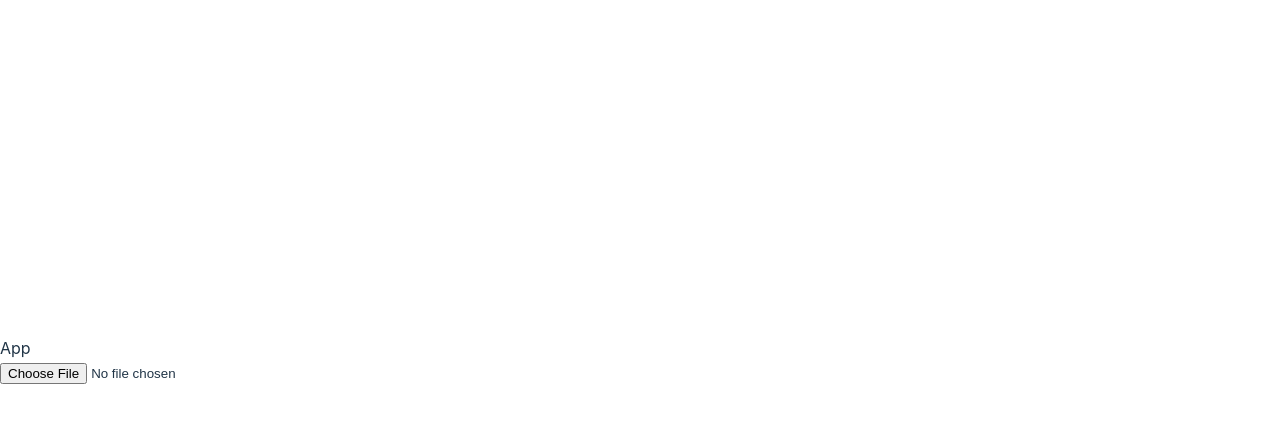
Repository: hungdomanh95/scanQRCode
Page: /
These files come from the project's save history. The page is drawn as it stood at one moment and after the next save; the edit follows.
The browser window is 1280 px wide. The pictures show the whole page.
The project was rebuilt for these pictures with package versions that can differ from the ones it lists, and the page was loaded fresh each time. Also part of the build but not shown: vite.config.ts.

Above is the page before, as saved 2023-07-13 10:21:20.

### src/App.tsx
import React from 'react'
import ReactQRReader from './ReactQRReader';

type AppProps = {};

const App:React.FC<AppProps> = () => {
  return (
    <div className='container'>
      App
      <ReactQRReader/>
    </div>
  )
}

export default App

### src/ReactQRReader.tsx
import React, { ChangeEvent, useEffect, useRef, useState } from 'react';
import jsQR, { QRCode } from 'jsqr';

interface QRCodeScannerProps {}

const QRCodeScanner: React.FC<QRCodeScannerProps> = () => {
  const canvasRef = useRef<HTMLCanvasElement | null>(null);
  const [imageSrc, setImageSrc] = useState<string | null>(null);
  const [qrCodeData, setQRCodeData] = useState<string | null>(null);

  const handleImageUpload = (event: ChangeEvent<HTMLInputElement>) => {
    console.log('handleImageUpload: ');
    const file = event.target.files?.[0];
    if (file) {
      const reader = new FileReader();
      reader.onload = () => {
        setImageSrc(reader.result as string);
        setQRCodeData(null);
      };
      reader.readAsDataURL(file);
    }
  };

  useEffect(() => {
    const canvas = canvasRef.current;
    const ctx = canvas?.getContext('2d');

    if (!canvas || !ctx || !imageSrc) return;

    const image = new Image();
    image.src = imageSrc;

    image.onload = () => {
      const { width, height } = image;

      canvas.width = width;
      canvas.height = height;
      ctx.drawImage(image, 0, 0);

      const imageData = ctx.getImageData(0, 0, width, height).data;
      console.log('imageData: ', imageData, width, height);
      const code: QRCode | null = jsQR(imageData, width, height);
      console.log('code: ', code);

      if (code) {
        const { topLeftCorner, topRightCorner, bottomLeftCorner, bottomRightCorner } = code.location;
        const topLeft = { x: topLeftCorner.x, y: topLeftCorner.y };
        const topRight = { x: topRightCorner.x, y: topRightCorner.y };
        const bottomLeft = { x: bottomLeftCorner.x, y: bottomLeftCorner.y };
        const bottomRight = { x: bottomRightCorner.x, y: bottomRightCorner.y };

        ctx.lineWidth = 5;
        ctx.strokeStyle = 'red';

        // Vẽ khung vuông xung quanh khu vực QR code
        ctx.beginPath();
        ctx.moveTo(topLeft.x, topLeft.y);
        ctx.lineTo(topRight.x, topRight.y);
        ctx.lineTo(bottomRight.x, bottomRight.y);
        ctx.lineTo(bottomLeft.x, bottomLeft.y);
        ctx.lineTo(topLeft.x, topLeft.y);
        ctx.stroke();

        setQRCodeData(code.data);
      }else {
        console.log('Không tìm thấy mã QR code trong hình ảnh.');
      }
    };
  }, [imageSrc]);

  return (
    <div>
      <input type="file" accept="image/*" onChange={handleImageUpload} />
      {imageSrc && (
        <div>
          <canvas ref={canvasRef}></canvas>
          {qrCodeData && <p>Mã QR code đã được phát hiện: {qrCodeData}</p>}
        </div>
      )}
    </div>
  );
};

export default QRCodeScanner;

Loaded but not shown: index.html (common file); src/main.tsx (common file); src/index.css (common file)

After the next save:
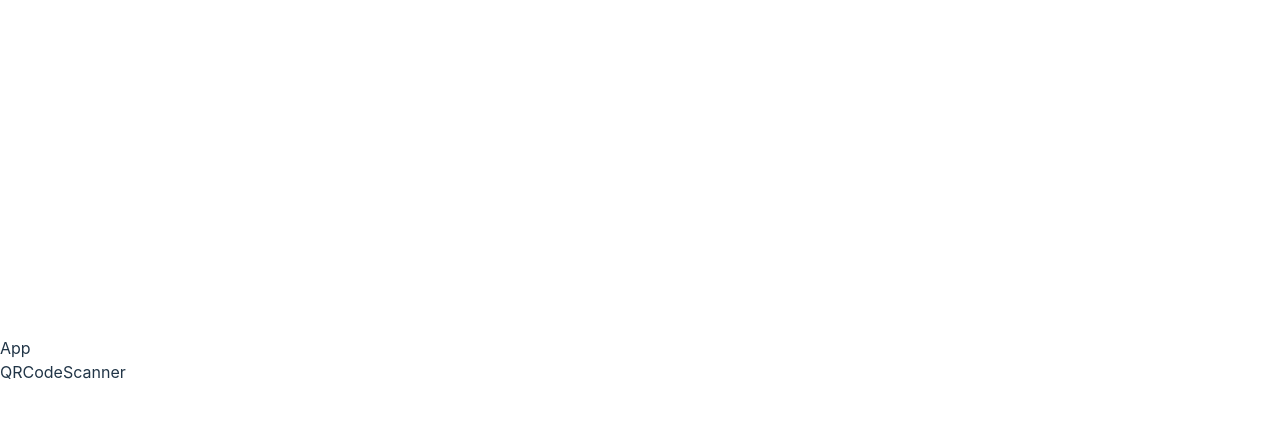
Saved 40 min 14 s later.
--- a/src/ReactQRReader.tsx
+++ b/src/ReactQRReader.tsx
@@ -1,84 +1,99 @@
-import React, { ChangeEvent, useEffect, useRef, useState } from 'react';
-import jsQR, { QRCode } from 'jsqr';
+// import React, { ChangeEvent, useEffect, useRef, useState } from 'react';
+// import jsQR, { QRCode } from 'jsqr';
 
-interface QRCodeScannerProps {}
+// interface QRCodeScannerProps {}
 
-const QRCodeScanner: React.FC<QRCodeScannerProps> = () => {
-  const canvasRef = useRef<HTMLCanvasElement | null>(null);
-  const [imageSrc, setImageSrc] = useState<string | null>(null);
-  const [qrCodeData, setQRCodeData] = useState<string | null>(null);
+// const QRCodeScanner: React.FC<QRCodeScannerProps> = () => {
+//   const canvasRef = useRef<HTMLCanvasElement | null>(null);
+//   const [imageSrc, setImageSrc] = useState<string | null>(null);
+//   const [qrCodeData, setQRCodeData] = useState<string | null>(null);
 
-  const handleImageUpload = (event: ChangeEvent<HTMLInputElement>) => {
-    console.log('handleImageUpload: ');
-    const file = event.target.files?.[0];
-    if (file) {
-      const reader = new FileReader();
-      reader.onload = () => {
-        setImageSrc(reader.result as string);
-        setQRCodeData(null);
-      };
-      reader.readAsDataURL(file);
-    }
-  };
+//   const handleImageUpload = (event: ChangeEvent<HTMLInputElement>) => {
+//     console.log('handleImageUpload: ');
+//     const file = event.target.files?.[0];
+//     if (file) {
+//       const reader = new FileReader();
+//       reader.onload = () => {
+//         setImageSrc(reader.result as string);
+//         setQRCodeData(null);
+//       };
+//       reader.readAsDataURL(file);
+//     }
+//   };
 
-  useEffect(() => {
-    const canvas = canvasRef.current;
-    const ctx = canvas?.getContext('2d');
+//   useEffect(() => {
+//     const canvas = canvasRef.current;
+//     const ctx = canvas?.getContext('2d');
 
-    if (!canvas || !ctx || !imageSrc) return;
+//     if (!canvas || !ctx || !imageSrc) return;
 
-    const image = new Image();
-    image.src = imageSrc;
+//     const image = new Image();
+//     image.src = imageSrc;
 
-    image.onload = () => {
-      const { width, height } = image;
+//     image.onload = () => {
+//       const { width, height } = image;
 
-      canvas.width = width;
-      canvas.height = height;
-      ctx.drawImage(image, 0, 0);
+//       canvas.width = width;
+//       canvas.height = height;
+//       ctx.drawImage(image, 0, 0);
 
-      const imageData = ctx.getImageData(0, 0, width, height).data;
-      console.log('imageData: ', imageData, width, height);
-      const code: QRCode | null = jsQR(imageData, width, height);
-      console.log('code: ', code);
+//       const imageData = ctx.getImageData(0, 0, width, height).data;
+//       console.log('imageData: ', imageData, width, height);
+//       const code: QRCode | null = jsQR(imageData, width, height);
+//       console.log('code: ', code);
 
-      if (code) {
-        const { topLeftCorner, topRightCorner, bottomLeftCorner, bottomRightCorner } = code.location;
-        const topLeft = { x: topLeftCorner.x, y: topLeftCorner.y };
-        const topRight = { x: topRightCorner.x, y: topRightCorner.y };
-        const bottomLeft = { x: bottomLeftCorner.x, y: bottomLeftCorner.y };
-        const bottomRight = { x: bottomRightCorner.x, y: bottomRightCorner.y };
+//       if (code) {
+//         const { topLeftCorner, topRightCorner, bottomLeftCorner, bottomRightCorner } = code.location;
+//         const topLeft = { x: topLeftCorner.x, y: topLeftCorner.y };
+//         const topRight = { x: topRightCorner.x, y: topRightCorner.y };
+//         const bottomLeft = { x: bottomLeftCorner.x, y: bottomLeftCorner.y };
+//         const bottomRight = { x: bottomRightCorner.x, y: bottomRightCorner.y };
 
-        ctx.lineWidth = 5;
-        ctx.strokeStyle = 'red';
+//         ctx.lineWidth = 5;
+//         ctx.strokeStyle = 'red';
 
-        // Vẽ khung vuông xung quanh khu vực QR code
-        ctx.beginPath();
-        ctx.moveTo(topLeft.x, topLeft.y);
-        ctx.lineTo(topRight.x, topRight.y);
-        ctx.lineTo(bottomRight.x, bottomRight.y);
-        ctx.lineTo(bottomLeft.x, bottomLeft.y);
-        ctx.lineTo(topLeft.x, topLeft.y);
-        ctx.stroke();
+//         // Vẽ khung vuông xung quanh khu vực QR code
+//         ctx.beginPath();
+//         ctx.moveTo(topLeft.x, topLeft.y);
+//         ctx.lineTo(topRight.x, topRight.y);
+//         ctx.lineTo(bottomRight.x, bottomRight.y);
+//         ctx.lineTo(bottomLeft.x, bottomLeft.y);
+//         ctx.lineTo(topLeft.x, topLeft.y);
+//         ctx.stroke();
 
-        setQRCodeData(code.data);
-      }else {
-        console.log('Không tìm thấy mã QR code trong hình ảnh.');
-      }
-    };
-  }, [imageSrc]);
+//         setQRCodeData(code.data);
+//       }else {
+//         console.log('Không tìm thấy mã QR code trong hình ảnh.');
+//       }
+//     };
+//   }, [imageSrc]);
 
+//   return (
+//     <div>
+//       <input type="file" accept="image/*" onChange={handleImageUpload} />
+//       {imageSrc && (
+//         <div>
+//           <canvas ref={canvasRef}></canvas>
+//           {qrCodeData && <p>Mã QR code đã được phát hiện: {qrCodeData}</p>}
+//         </div>
+//       )}
+//     </div>
+//   );
+// };
+
+// export default QRCodeScanner;
+
+
+import React from 'react'
+
+type QRCodeScannerProps = {};
+
+const QRCodeScanner:React.FC<QRCodeScannerProps> = () => {
   return (
-    <div>
-      <input type="file" accept="image/*" onChange={handleImageUpload} />
-      {imageSrc && (
-        <div>
-          <canvas ref={canvasRef}></canvas>
-          {qrCodeData && <p>Mã QR code đã được phát hiện: {qrCodeData}</p>}
-        </div>
-      )}
+    <div className='container'>
+      QRCodeScanner
     </div>
-  );
-};
+  )
+}
 
-export default QRCodeScanner;
+export default QRCodeScanner

After the 4 saves that followed:
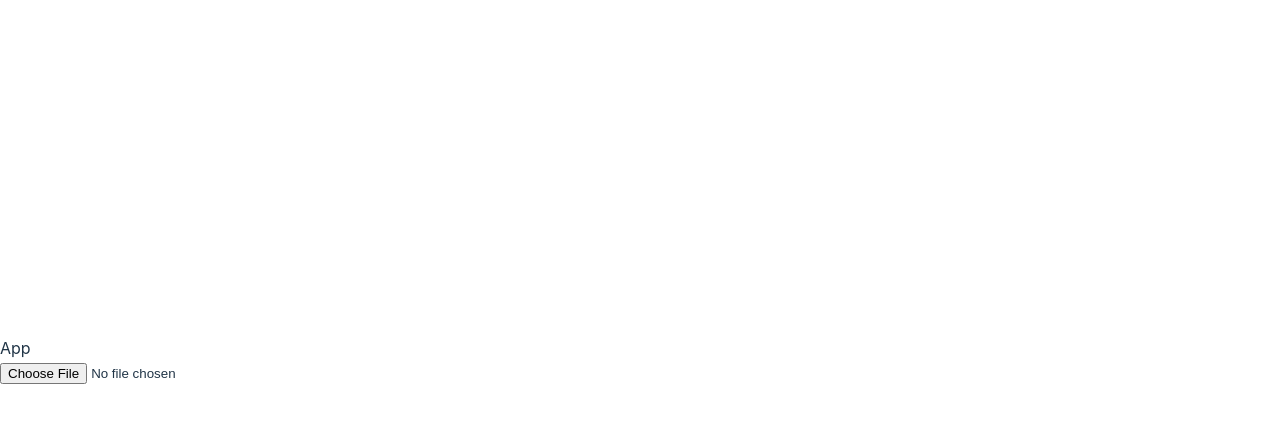
The 4 saves are shown as one change because 3 left the picture as it was.
The last was saved 2 min 57 s later.
--- a/src/ReactQRReader.tsx
+++ b/src/ReactQRReader.tsx
@@ -84,14 +84,38 @@
 // export default QRCodeScanner;
 
 
-import React from 'react'
+import React, { ChangeEvent, useRef, useState } from 'react'
+// const QrScanner = require('qr-scanner');
+import QrScanner from './qrcode/qr-scanner.js'
 
 type QRCodeScannerProps = {};
 
 const QRCodeScanner:React.FC<QRCodeScannerProps> = () => {
+    const canvasRef = useRef<HTMLCanvasElement | null>(null);
+  const [imageSrc, setImageSrc] = useState<string | null>(null);
+  const [qrCodeData, setQRCodeData] = useState<string | null>(null);
+
+  const handleImageUpload = (event: ChangeEvent<HTMLInputElement>) => {
+    console.log('handleImageUpload: ');
+    const file = event.target.files?.[0];
+    if (file) {
+      const reader = new FileReader();
+      reader.onload = () => {
+        setImageSrc(reader.result as string);
+        setQRCodeData(null);
+      };
+      reader.readAsDataURL(file);
+    }
+  };
   return (
-    <div className='container'>
-      QRCodeScanner
+    <div>
+      <input type="file" accept="image/*" onChange={handleImageUpload} />
+      {imageSrc && (
+        <div>
+          <canvas ref={canvasRef}></canvas>
+          {qrCodeData && <p>Mã QR code đã được phát hiện: {qrCodeData}</p>}
+        </div>
+      )}
     </div>
   )
 }
